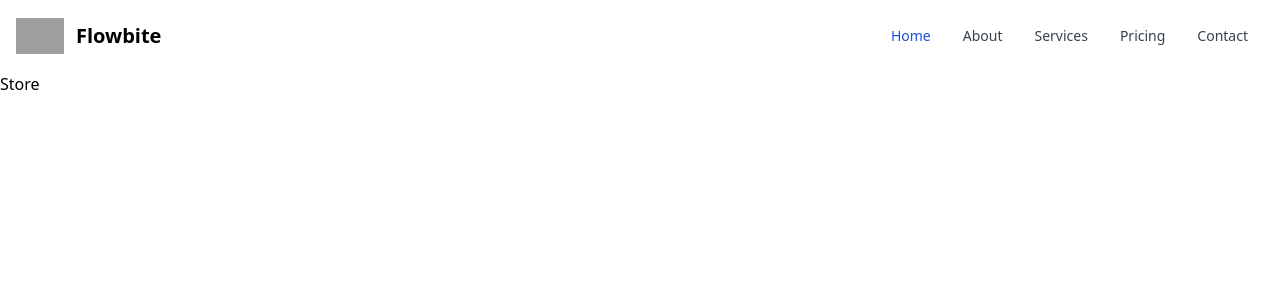
Repository: ducanhaep/react-ts-shopping-cart
Page: /store
The author's editor kept a copy of each file at every save. The page is drawn from the files as they stood at one save, then again after the next save.
The browser window is 1280 px wide. The pictures show the whole page.
Pictures or frames that could not be fetched are drawn as grey boxes. The project was rebuilt for these pictures with package versions that can differ from the ones it lists, and the page was loaded fresh each time. Also part of the build but not shown: vite.config.ts, src/pages/About.js, src/pages/Home.js.

Above is the page before, as saved 2023-01-11 17:02:05.

### src/App.tsx
import { Routes, Route } from "react-router-dom";
import { About } from "./pages/About";
import { Home } from "./pages/Home";
import { Store } from "./pages/Store";
import { Navbar } from "./components/Navbar";
function App() {
  return (
    <>
      <Navbar />
      <div className="container mb-4">
        <Routes>
          <Route path="/" element={<Home />} />
          <Route path="/store" element={<Store />} />
          <Route path="/about" element={<About />} />
        </Routes>
      </div>
    </>
  );
}

export default App;

### src/index.css
@tailwind base;
@tailwind components;
@tailwind utilities;
:root {
  font-synthesis: none;
  text-rendering: optimizeLegibility;
  -webkit-font-smoothing: antialiased;
  -moz-osx-font-smoothing: grayscale;
  -webkit-text-size-adjust: 100%;
}

/* Box sizing rules */
*,
*::before,
*::after {
  box-sizing: border-box;
}

/* Remove default margin */
body,
h1,
h2,
h3,
h4,
p,
figure,
blockquote,
dl,
dd {
  margin: 0;
}

/* Remove list styles on ul, ol elements with a list role, which suggests default styling will be removed */
ul[role="list"],
ol[role="list"] {
  list-style: none;
}

/* Set core root defaults */
html:focus-within {
  scroll-behavior: smooth;
}

/* Set core body defaults */
body {
  min-height: 100vh;
  text-rendering: optimizeSpeed;
  line-height: 1.5;
}

input,
button,
textarea,
select {
  font: inherit;
}

### src/components/Navbar.tsx
export function Navbar() {
  return (
    <div className="container">
      <nav className="bg-white border-gray-200 px-2 sm:px-4 py-2.5 rounded dark:bg-gray-900">
        <div className="container flex flex-wrap items-center justify-between mx-auto">
          <a href="https://flowbite.com/" className="flex items-center">
            <img
              src="https://flowbite.com/docs/images/logo.svg"
              className="h-6 mr-3 sm:h-9"
              alt="Flowbite Logo"
            />
            <span className="self-center text-xl font-semibold whitespace-nowrap dark:text-white">
              Flowbite
            </span>
          </a>
          <button
            data-collapse-toggle="navbar-default"
            type="button"
            className="inline-flex items-center p-2 ml-3 text-sm text-gray-500 rounded-lg md:hidden hover:bg-gray-100 focus:outline-none focus:ring-2 focus:ring-gray-200 dark:text-gray-400 dark:hover:bg-gray-700 dark:focus:ring-gray-600"
            aria-controls="navbar-default"
            aria-expanded="false"
          >
            <span className="sr-only">Open main menu</span>
            <svg
              className="w-6 h-6"
              aria-hidden="true"
              fill="currentColor"
              viewBox="0 0 20 20"
              xmlns="http://www.w3.org/2000/svg"
            >
              <path
                fillRule="evenodd"
                d="M3 5a1 1 0 011-1h12a1 1 0 110 2H4a1 1 0 01-1-1zM3 10a1 1 0 011-1h12a1 1 0 110 2H4a1 1 0 01-1-1zM3 15a1 1 0 011-1h12a1 1 0 110 2H4a1 1 0 01-1-1z"
                clipRule="evenodd"
              />
            </svg>
          </button>
          <div className="hidden w-full md:block md:w-auto" id="navbar-default">
            <ul className="flex flex-col p-4 mt-4 border border-gray-100 rounded-lg bg-gray-50 md:flex-row md:space-x-8 md:mt-0 md:text-sm md:font-medium md:border-0 md:bg-white dark:bg-gray-800 md:dark:bg-gray-900 dark:border-gray-700">
              <li>
                <a
                  href="#"
                  className="block py-2 pl-3 pr-4 text-white bg-blue-700 rounded md:bg-transparent md:text-blue-700 md:p-0 dark:text-white"
                  aria-current="page"
                >
                  Home
                </a>
              </li>
              <li>
                <a
                  href="#"
                  className="block py-2 pl-3 pr-4 text-gray-700 rounded hover:bg-gray-100 md:hover:bg-transparent md:border-0 md:hover:text-blue-700 md:p-0 dark:text-gray-400 md:dark:hover:text-white dark:hover:bg-gray-700 dark:hover:text-white md:dark:hover:bg-transparent"
                >
                  About
                </a>
              </li>
              <li>
                <a
                  href="#"
                  className="block py-2 pl-3 pr-4 text-gray-700 rounded hover:bg-gray-100 md:hover:bg-transparent md:border-0 md:hover:text-blue-700 md:p-0 dark:text-gray-400 md:dark:hover:text-white dark:hover:bg-gray-700 dark:hover:text-white md:dark:hover:bg-transparent"
                >
                  Services
                </a>
              </li>
              <li>
                <a
                  href="#"
                  className="block py-2 pl-3 pr-4 text-gray-700 rounded hover:bg-gray-100 md:hover:bg-transparent md:border-0 md:hover:text-blue-700 md:p-0 dark:text-gray-400 md:dark:hover:text-white dark:hover:bg-gray-700 dark:hover:text-white md:dark:hover:bg-transparent"
                >
                  Pricing
                </a>
              </li>
              <li>
                <a
                  href="#"
                  className="block py-2 pl-3 pr-4 text-gray-700 rounded hover:bg-gray-100 md:hover:bg-transparent md:border-0 md:hover:text-blue-700 md:p-0 dark:text-gray-400 md:dark:hover:text-white dark:hover:bg-gray-700 dark:hover:text-white md:dark:hover:bg-transparent"
                >
                  Contact
                </a>
              </li>
            </ul>
          </div>
        </div>
      </nav>
    </div>
  );
}

### tailwind.config.cjs
/** @type {import('tailwindcss').Config} */
module.exports = {
  content: ["./index.html", "./src/**/*.{js,ts,jsx,tsx}"],
  theme: {
    container: {
      center: true,
    },
    extend: {},
  },
  plugins: [],
};

Loaded but not shown: index.html (common file); src/main.tsx (common file); src/pages/Store.js (common file)

After the next save:
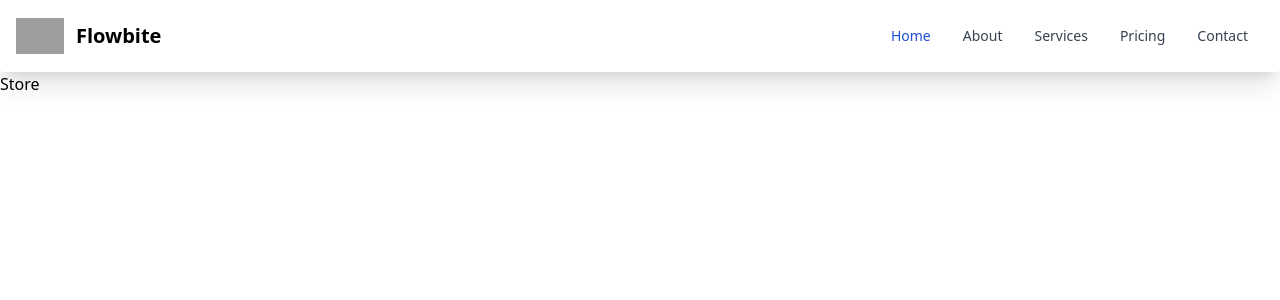
Saved 69 s later.
--- a/src/components/Navbar.tsx
+++ b/src/components/Navbar.tsx
@@ -1,7 +1,7 @@
 export function Navbar() {
   return (
     <div className="container">
-      <nav className="bg-white border-gray-200 px-2 sm:px-4 py-2.5 rounded dark:bg-gray-900">
+      <nav className="bg-white border-gray-200 px-2 sm:px-4 py-2.5 rounded dark:bg-gray-900 shadow-xl">
         <div className="container flex flex-wrap items-center justify-between mx-auto">
           <a href="https://flowbite.com/" className="flex items-center">
             <img
